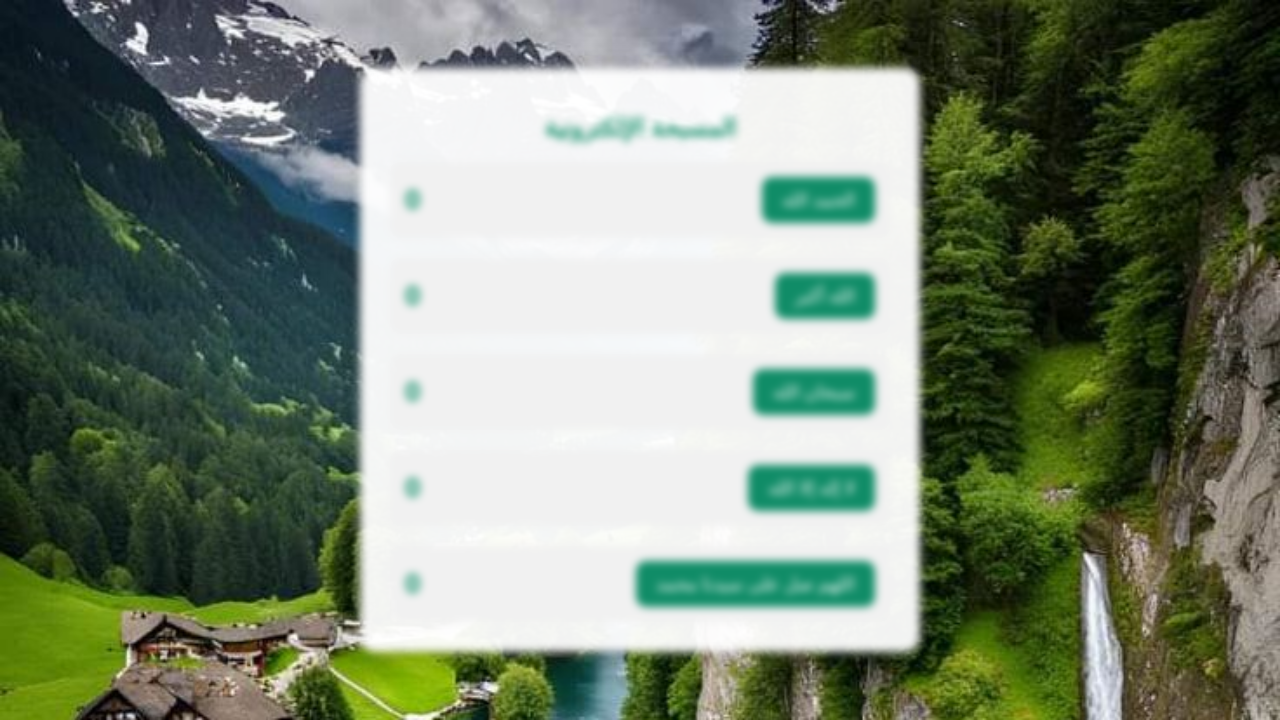
Repository: ShahdKItany/Electronic-Rosary
Page: index.html
The author's editor kept a copy of each file at every save. The page is drawn from the files as they stood at one save, then again after the next save.
The browser window is 1280 px wide. The pictures show the whole page.

Above is the page before, as saved 2024-10-23 01:05:11.

After the next save:
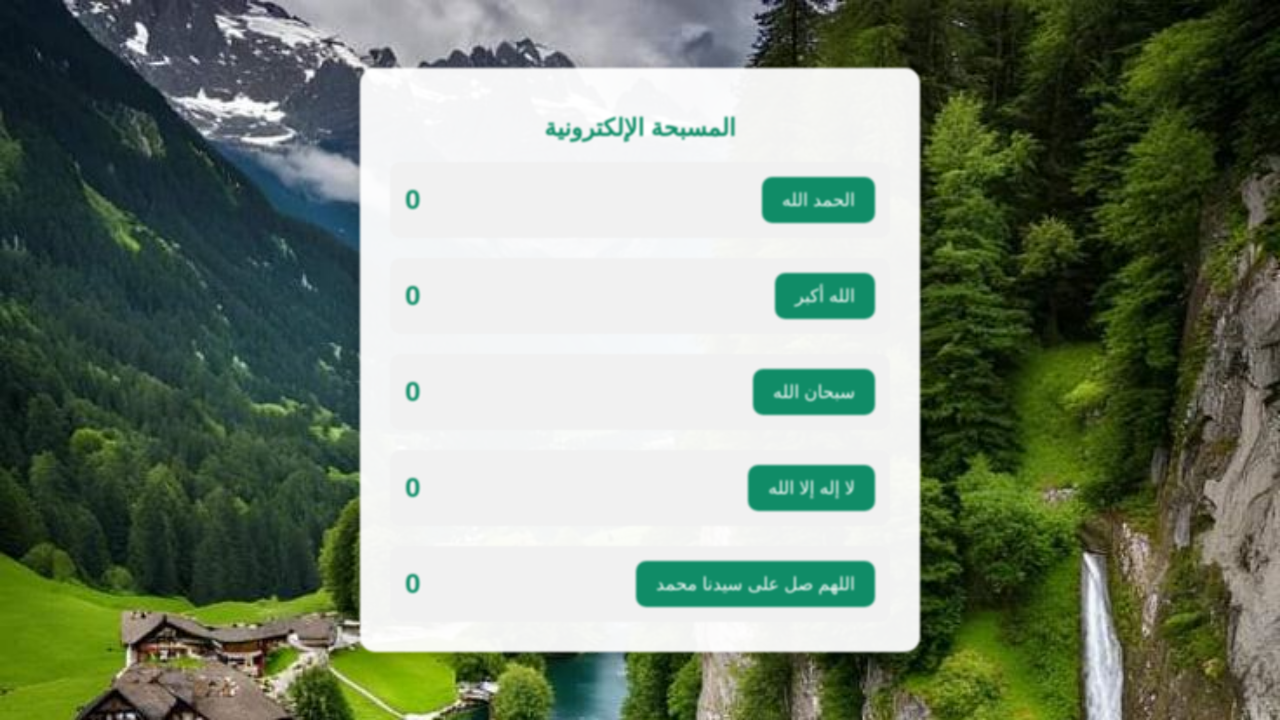
Saved 5 s later.
--- a/styles.css
+++ b/styles.css
@@ -7,7 +7,7 @@ body {
     align-items: center;
     height: 100vh;
     margin: 0;
-    filter: blur(4px); /* زيادة الضبابية قليلاً لجعل الخلفية أكثر وضوحاً */
+    filter: blur(1px); /* زيادة الضبابية قليلاً لجعل الخلفية أكثر وضوحاً */
 }
 
 .container {
